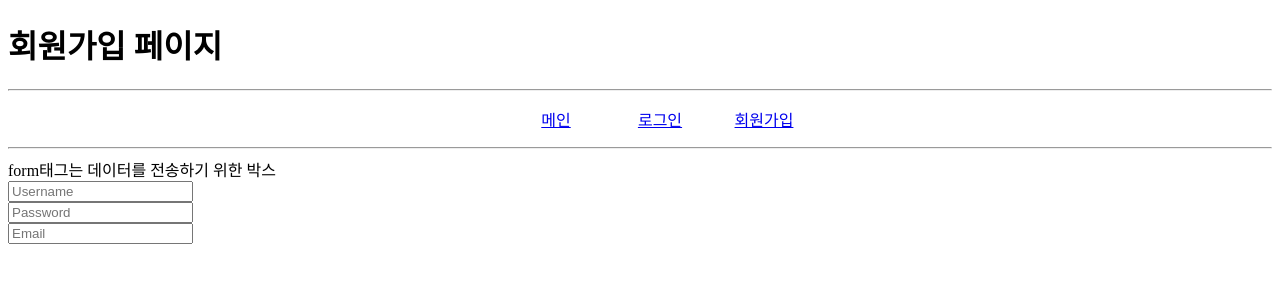
Repository: jchh0177/jsp-work
Page: http://localhost/cos/join.jsp
The author's editor kept a copy of each file at every save. The page is drawn from the files as they stood at one save, then again after the next save.
The browser window is 1280 px wide. The pictures show the whole page.
The page is served by Tomcat 9.

Above is the page before, as saved 2020-08-22 02:50:34.

After the next save:
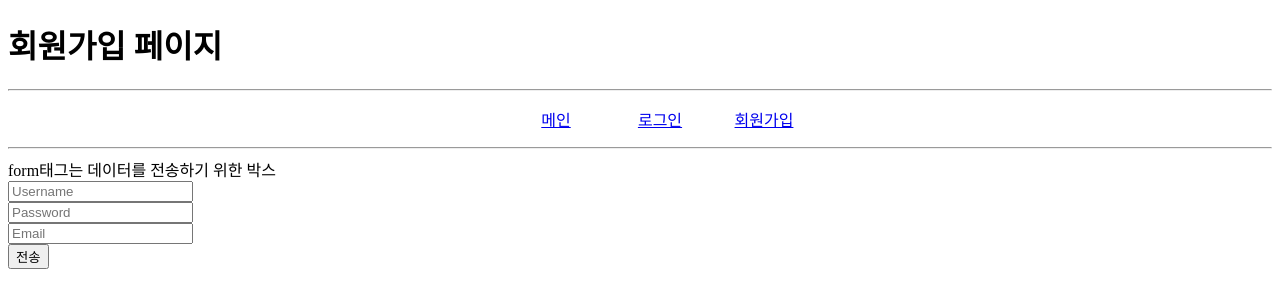
Saved 46 s later.
--- a/cos/WebContent/join.jsp
+++ b/cos/WebContent/join.jsp
@@ -29,6 +29,7 @@ form태그는 데이터를 전송하기 위한 박스
 	<input type= "text" name="username"  placeholder="Username"/> <br />
 	<input type= "password" name="password"  placeholder="Password"/> <br />
 	<input type= "email" name="email"  placeholder="Email"/> <br />
+	<button>전송</button>
 </form>
 
 </body>
